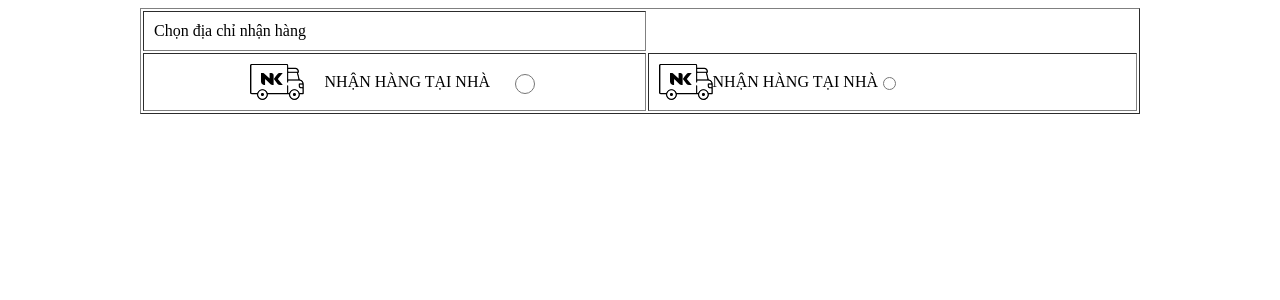
Repository: Tan-Khang21/TH_TKW--Buoi_04
Page: Bai_Tap_Tren_Lop/Bai_03/Bai_03.html
The author's editor kept a copy of each file at every save. The page is drawn from the files as they stood at one save, then again after the next save.
The browser window is 1280 px wide. The pictures show the whole page.

Above is the page before, as saved 2024-03-07 21:46:04.

### Bai_Tap_Tren_Lop/Bai_03/Bai_03.html
<!DOCTYPE html>
<html lang="en">
  <head>
    <meta charset="UTF-8" />
    <meta name="viewport" content="width=device-width, initial-scale=1.0" />
    <link rel="stylesheet" href="style.css" />
    <title>Document</title>
  </head>
  <style>
    #redRadio:checked ~ #icon path {
      fill: yellow;
    }
  </style>
  <body>
    <form style="width: 1000px; margin: 0 auto">
      <table border="1px" cellpadding="10px" style="width: 1000px;">
        <tr>
          <td>Chọn địa chỉ nhận hàng</td>
        </tr>
        <tr>
          <td align="center">
            <div style="width: 60%; display: flex; align-items: center; justify-content: space-between">
              <svg
                id="icon"
                width="54"
                height="36"
                viewBox="0 0 54 36"
                fill="none"
              >
                <path
                  d="M44.4198 36C41.4513 36 39.0225 33.5712 39.0225 30.6027C39.0225 30.4138 38.8606 30.1709 38.6717 30.1709H18.1889C18 30.1709 17.8381 30.3328 17.8381 30.5217C17.8381 33.5442 15.4093 35.973 12.4408 35.973C9.47226 35.973 7.04348 33.5442 7.04348 30.5757C7.04348 30.3868 6.88156 30.1439 6.69265 30.1439H1.75412C0.944528 30.1439 0.134933 29.5232 0 28.8486V28.6597V1.51124C0 0.674663 0.944528 0 1.75412 0H36.6477C37.4843 0 38.1589 0.674663 38.1589 1.51124V3.50825C38.1589 3.69715 38.3208 3.85907 38.5097 3.85907H45.3643C47.2804 3.85907 48.8186 5.3973 48.8186 7.31334V8.28486C48.8186 8.52774 48.6297 8.77061 48.3868 8.82459C48.2789 8.85157 48.1979 8.90555 48.1439 8.98651C48.09 9.06747 48.09 9.17541 48.09 9.25637L49.6012 15.2744C49.6282 15.4093 49.7631 15.5172 49.8981 15.5442C52.03 15.8681 53.6492 17.7571 53.6492 19.916V29.6042C53.6492 29.901 53.4063 30.1439 53.1095 30.1439H50.1409C49.952 30.1439 49.7901 30.3058 49.7901 30.4948C49.8171 33.5712 47.3883 36 44.4198 36ZM44.4198 26.2849C42.045 26.2849 40.1289 28.2279 40.1289 30.5757C40.1289 32.9235 42.072 34.8666 44.4198 34.8666C46.7946 34.8666 48.7107 32.9505 48.7107 30.5757C48.7107 28.2009 46.7946 26.2849 44.4198 26.2849ZM12.4408 26.2849C10.066 26.2849 8.14993 28.2279 8.14993 30.5757C8.14993 32.9235 10.093 34.8666 12.4408 34.8666C14.7886 34.8666 16.7316 32.9775 16.7316 30.6027C16.7316 28.2279 14.7886 26.2849 12.4408 26.2849ZM44.4198 25.2054C46.7136 25.2054 48.7646 26.6627 49.5202 28.8486C49.5742 28.9835 49.7092 29.0915 49.8711 29.0915H52.2459C52.4348 29.0915 52.5967 28.9295 52.5967 28.7406V24.7196C52.5967 24.5307 52.4348 24.3688 52.2459 24.3688H51.2204C49.8441 24.3688 48.7376 23.2624 48.7376 21.8861V19.943C48.7376 19.6462 48.9805 19.4033 49.2774 19.4033H52.084C52.1919 19.4033 52.2999 19.3493 52.3808 19.2414C52.4348 19.1604 52.4618 19.0255 52.4348 18.9175C52.003 17.5412 50.7077 16.5967 49.2774 16.5967H38.5637C38.3748 16.5967 38.2129 16.7586 38.2129 16.9475V17.973C38.2129 18.2699 37.97 18.5127 37.6732 18.5127C37.3763 18.5127 37.1334 18.2699 37.1334 17.973V1.51124C37.1334 1.32234 36.9175 1.07946 36.7017 1.07946H1.75412C1.56522 1.07946 1.34933 1.32234 1.34933 1.51124V28.6597C1.34933 28.8486 1.56522 29.0915 1.78111 29.0915H7.01649C7.17841 29.0915 7.31334 28.9835 7.36732 28.8486C8.12294 26.6627 10.1739 25.2054 12.4678 25.2054C14.7616 25.2054 16.8126 26.6627 17.5682 28.8486C17.6222 28.9835 17.7571 29.0915 17.919 29.0915H36.7826C36.9715 29.0915 37.1334 28.9295 37.1334 28.7406V21.8861C37.1334 21.5892 37.3763 21.3463 37.6732 21.3463C37.97 21.3463 38.2129 21.5892 38.2129 21.8861V28.7406C38.2129 28.9295 38.3748 29.0915 38.5637 29.0915H38.9955C39.1574 29.0915 39.2924 28.9835 39.3463 28.8486C40.075 26.6627 42.1259 25.2054 44.4198 25.2054ZM50.1679 20.4828C49.979 20.4828 49.8171 20.6447 49.8171 20.8336V21.8591C49.8171 22.6147 50.4378 23.2624 51.2204 23.2624H52.2459C52.4348 23.2624 52.5967 23.1005 52.5967 22.9115V20.8606C52.5967 20.6717 52.4348 20.5097 52.2459 20.5097H50.1679V20.4828ZM38.5367 8.85157C38.3478 8.85157 38.1859 9.01349 38.1859 9.2024V15.1394C38.1859 15.3283 38.3478 15.4903 38.5367 15.4903H48.09C48.1979 15.4903 48.3059 15.4363 48.3868 15.3553C48.4678 15.2744 48.4678 15.1394 48.4408 15.0315L46.9565 9.09445C46.9026 8.93253 46.7676 8.82459 46.6057 8.82459H38.5367V8.85157ZM38.5367 4.96552C38.3478 4.96552 38.1859 5.12744 38.1859 5.31634V7.36732C38.1859 7.55622 38.3478 7.71814 38.5367 7.71814H47.3883C47.5772 7.71814 47.7391 7.55622 47.7391 7.36732C47.7391 6.01799 46.6867 4.93853 45.3643 4.93853H38.5367V4.96552Z"
                  fill="black"
                />
                <path
                  d="M44.4198 35.7301C41.5862 35.7301 39.2923 33.4363 39.2923 30.6027C39.2923 30.2789 39.0225 29.9011 38.6716 29.9011H18.1889C17.8381 29.9011 17.5682 30.1979 17.5682 30.5217C17.5682 31.925 17.0285 33.2204 16.0569 34.1919C15.0854 35.1634 13.8171 35.7032 12.4408 35.7032C9.60717 35.7032 7.31331 33.4093 7.31331 30.5757C7.31331 30.2519 7.04345 29.8741 6.69262 29.8741H1.75409C1.07943 29.8741 0.377782 29.3613 0.269836 28.7946V28.6327V1.51125C0.269836 0.836584 1.07943 0.269867 1.75409 0.269867H36.6476C37.3223 0.269867 37.889 0.836584 37.889 1.51125V3.50825C37.889 3.85907 38.1859 4.12894 38.5097 4.12894H45.3643C47.1184 4.12894 48.5487 5.55922 48.5487 7.31335V8.28486C48.5487 8.41979 48.4677 8.52774 48.3328 8.55472C48.1709 8.58171 48.009 8.68966 47.928 8.82459C47.847 8.95952 47.8201 9.14843 47.847 9.31035L49.3583 15.3283C49.4123 15.5712 49.6282 15.7601 49.871 15.8141C51.895 16.1109 53.4063 17.8921 53.4063 19.916V29.6042C53.4063 29.7661 53.2713 29.8741 53.1364 29.8741H50.1679C49.8171 29.8741 49.5472 30.1709 49.5472 30.4948C49.5472 31.8981 49.0075 33.1934 48.036 34.1649C47.0644 35.1904 45.7961 35.7301 44.4198 35.7301ZM44.4198 26.015C41.91 26.015 39.859 28.066 39.859 30.5757C39.859 33.0855 41.91 35.1364 44.4198 35.1364C46.9295 35.1364 48.9805 33.0855 48.9805 30.5757C48.9805 28.066 46.9295 26.015 44.4198 26.015ZM12.4408 26.015C9.93101 26.015 7.88003 28.066 7.88003 30.5757C7.88003 33.0855 9.93101 35.1364 12.4408 35.1364C14.9505 35.1364 17.0015 33.1124 17.0015 30.6027C17.0015 28.066 14.9505 26.015 12.4408 26.015ZM44.4198 25.4753C46.6057 25.4753 48.5487 26.8516 49.2503 28.9295C49.3313 29.1724 49.5742 29.3613 49.844 29.3613H52.2189C52.5697 29.3613 52.8396 29.0645 52.8396 28.7406V24.7196C52.8396 24.3688 52.5427 24.099 52.2189 24.099H51.1934C49.979 24.099 48.9805 23.1005 48.9805 21.8861V19.943C48.9805 19.7811 49.1154 19.6732 49.2503 19.6732H52.0839C52.2728 19.6732 52.4887 19.5652 52.5967 19.4033C52.7046 19.2414 52.7586 19.0255 52.6776 18.8366C52.1919 17.3523 50.8156 16.3268 49.2503 16.3268H38.5367C38.1859 16.3268 37.916 16.6237 37.916 16.9475V17.973C37.916 18.1349 37.7811 18.2429 37.6461 18.2429C37.4842 18.2429 37.3763 18.1079 37.3763 17.973V1.51125C37.3763 1.16042 37.0255 0.809597 36.6746 0.809597H1.75409C1.40327 0.809597 1.07943 1.16042 1.07943 1.51125V28.6597C1.07943 29.0105 1.43026 29.3613 1.78108 29.3613H7.01646C7.28633 29.3613 7.52921 29.1994 7.61017 28.9295C8.3388 26.8516 10.2818 25.4753 12.4408 25.4753C14.6267 25.4753 16.5697 26.8516 17.2713 28.9295C17.3523 29.1724 17.5952 29.3613 17.865 29.3613H36.7286C37.0794 29.3613 37.3493 29.0645 37.3493 28.7406V21.8861C37.3493 21.7241 37.4842 21.6162 37.6192 21.6162C37.7541 21.6162 37.889 21.7511 37.889 21.8861V28.7406C37.889 29.0915 38.1859 29.3613 38.5097 29.3613H38.9415C39.2114 29.3613 39.4542 29.1994 39.5352 28.9295C40.2908 26.8516 42.2339 25.4753 44.4198 25.4753ZM50.1679 20.2129C49.8171 20.2129 49.5472 20.5097 49.5472 20.8336V21.8591C49.5472 22.7766 50.3028 23.5322 51.2204 23.5322H52.2458C52.5967 23.5322 52.8665 23.2354 52.8665 22.9115V20.8606C52.8665 20.5097 52.5697 20.2399 52.2458 20.2399H50.1679V20.2129ZM38.5367 8.58171C38.1859 8.58171 37.916 8.87856 37.916 9.2024V15.1394C37.916 15.4903 38.2129 15.7601 38.5367 15.7601H48.0899C48.2788 15.7601 48.4677 15.6792 48.6027 15.5172C48.7106 15.3553 48.7646 15.1664 48.7106 14.9775L47.2264 9.04048C47.1454 8.77062 46.9025 8.55472 46.6057 8.55472H38.5367V8.58171ZM38.5367 4.69565C38.1859 4.69565 37.916 4.99251 37.916 5.31634V7.36732C37.916 7.71814 38.2129 7.98801 38.5367 7.98801H47.3883C47.7391 7.98801 48.009 7.69116 48.009 7.36732C48.009 5.85607 46.8485 4.66867 45.3643 4.66867H38.5367V4.69565Z"
                  fill="black"
                />
                <path
                  d="M12.4408 32.114C11.6042 32.114 10.9296 31.4393 10.9296 30.6027C10.9296 29.7661 11.6042 29.0915 12.4408 29.0915C13.2774 29.0915 13.9521 29.7661 13.9521 30.6027C13.9521 31.4393 13.2774 32.114 12.4408 32.114Z"
                  fill="black"
                />
                <path
                  d="M12.4408 31.8441C11.7661 31.8441 11.1994 31.2774 11.1994 30.6027C11.1994 29.928 11.7661 29.3613 12.4408 29.3613C13.1154 29.3613 13.6822 29.928 13.6822 30.6027C13.6822 31.2774 13.1154 31.8441 12.4408 31.8441Z"
                  fill="black"
                />
                <path
                  d="M44.4198 32.114C43.5832 32.114 42.9086 31.4393 42.9086 30.6027C42.9086 29.7661 43.5832 29.0915 44.4198 29.0915C45.2564 29.0915 45.9311 29.7661 45.9311 30.6027C45.9311 31.4393 45.2564 32.114 44.4198 32.114Z"
                  fill="black"
                />
                <path
                  d="M44.4198 31.8441C43.7451 31.8441 43.1784 31.2774 43.1784 30.6027C43.1784 29.928 43.7451 29.3613 44.4198 29.3613C45.0944 29.3613 45.6612 29.928 45.6612 30.6027C45.6612 31.2774 45.0944 31.8441 44.4198 31.8441Z"
                  fill="black"
                />
                <path
                  d="M15.0767 14.8238V20.9712C14.8826 21.0359 14.6884 20.9712 14.559 20.9712C14.1061 20.9712 13.7178 20.9065 13.2648 20.7771C12.0354 20.3889 11.3235 19.5476 11.1294 18.3182C11.0647 17.9299 11 17.5416 11 17.2181C11 14.565 11 11.9119 11 9.32355V9C11.0647 9 11.0647 9 11.1294 9C11.7118 9 12.2942 9 12.8766 9.06471C13.2001 9.06471 13.5237 9.12942 13.7825 9.25884C14.0413 9.32355 14.2355 9.51768 14.4296 9.64709C16.0473 11.2001 17.7298 12.8179 19.3475 14.3709C19.4122 14.4356 19.4769 14.5003 19.5416 14.565C19.6063 14.5003 19.6064 14.4356 19.6064 14.3709C19.6064 13.7885 19.6064 13.2061 19.6064 12.6237V9.25884V9C20.1887 9 20.7711 9 21.2888 9C21.5476 9 21.8712 9.06471 22.13 9.12942C22.9712 9.32355 23.4242 9.84122 23.5536 10.6824C23.6183 10.9413 23.6183 11.2001 23.6183 11.459C23.6183 12.6237 23.6183 13.7885 23.6183 14.9533C23.6183 16.8945 23.6183 18.9005 23.6183 20.8418C23.6183 20.9065 23.6183 20.9065 23.6183 20.9712H23.5536C22.8418 20.9712 22.1947 20.9065 21.5476 20.7124C21.1594 20.583 20.8358 20.3889 20.577 20.13C19.2181 18.8358 17.8592 17.5416 16.5003 16.2475C16.0473 15.7945 15.5944 15.4062 15.1414 14.9533C15.2061 14.9533 15.1414 14.8886 15.0767 14.8238Z"
                  fill="black"
                />
                <path
                  d="M32.807 20.9712C32.7423 20.9712 32.6776 20.9712 32.6776 20.9712C31.6423 20.9712 30.6069 20.9712 29.5716 20.9712C29.3127 20.9712 29.0539 20.9065 28.8598 20.8418C28.3421 20.7124 27.9538 20.3889 27.6303 20.0006C26.4008 18.3182 25.1713 16.7004 23.8771 15.018L23.8124 14.9533C24.0713 14.6297 24.2654 14.2415 24.5242 13.9179C25.4302 12.6237 26.4008 11.3942 27.4362 10.1648C27.5009 10.0354 27.695 9.84122 27.8244 9.64709C28.2127 9.25884 28.6656 9.06471 29.1833 9C29.4422 9 29.7657 9 30.0245 9C30.8658 9 31.707 9 32.4835 9H32.7423C31.0599 10.9413 29.3774 12.8826 27.8244 15.018C29.5069 17.024 31.1246 18.9652 32.807 20.9712Z"
                  fill="black"
                />
              </svg>
              <label for="redRadio">NHẬN HÀNG TẠI NHÀ</label>
              <input type="radio" id="redRadio" name="color" value="red" style="width: 20px; height: 20px; background-color: white;" />
            </div>
          </td>
          <td>
            <div style="display: flex; align-items: center;">
              <svg
                id="icon"
                width="54"
                height="36"
                viewBox="0 0 54 36"
                fill="none"
              >
                <path
                  d="M44.4198 36C41.4513 36 39.0225 33.5712 39.0225 30.6027C39.0225 30.4138 38.8606 30.1709 38.6717 30.1709H18.1889C18 30.1709 17.8381 30.3328 17.8381 30.5217C17.8381 33.5442 15.4093 35.973 12.4408 35.973C9.47226 35.973 7.04348 33.5442 7.04348 30.5757C7.04348 30.3868 6.88156 30.1439 6.69265 30.1439H1.75412C0.944528 30.1439 0.134933 29.5232 0 28.8486V28.6597V1.51124C0 0.674663 0.944528 0 1.75412 0H36.6477C37.4843 0 38.1589 0.674663 38.1589 1.51124V3.50825C38.1589 3.69715 38.3208 3.85907 38.5097 3.85907H45.3643C47.2804 3.85907 48.8186 5.3973 48.8186 7.31334V8.28486C48.8186 8.52774 48.6297 8.77061 48.3868 8.82459C48.2789 8.85157 48.1979 8.90555 48.1439 8.98651C48.09 9.06747 48.09 9.17541 48.09 9.25637L49.6012 15.2744C49.6282 15.4093 49.7631 15.5172 49.8981 15.5442C52.03 15.8681 53.6492 17.7571 53.6492 19.916V29.6042C53.6492 29.901 53.4063 30.1439 53.1095 30.1439H50.1409C49.952 30.1439 49.7901 30.3058 49.7901 30.4948C49.8171 33.5712 47.3883 36 44.4198 36ZM44.4198 26.2849C42.045 26.2849 40.1289 28.2279 40.1289 30.5757C40.1289 32.9235 42.072 34.8666 44.4198 34.8666C46.7946 34.8666 48.7107 32.9505 48.7107 30.5757C48.7107 28.2009 46.7946 26.2849 44.4198 26.2849ZM12.4408 26.2849C10.066 26.2849 8.14993 28.2279 8.14993 30.5757C8.14993 32.9235 10.093 34.8666 12.4408 34.8666C14.7886 34.8666 16.7316 32.9775 16.7316 30.6027C16.7316 28.2279 14.7886 26.2849 12.4408 26.2849ZM44.4198 25.2054C46.7136 25.2054 48.7646 26.6627 49.5202 28.8486C49.5742 28.9835 49.7092 29.0915 49.8711 29.0915H52.2459C52.4348 29.0915 52.5967 28.9295 52.5967 28.7406V24.7196C52.5967 24.5307 52.4348 24.3688 52.2459 24.3688H51.2204C49.8441 24.3688 48.7376 23.2624 48.7376 21.8861V19.943C48.7376 19.6462 48.9805 19.4033 49.2774 19.4033H52.084C52.1919 19.4033 52.2999 19.3493 52.3808 19.2414C52.4348 19.1604 52.4618 19.0255 52.4348 18.9175C52.003 17.5412 50.7077 16.5967 49.2774 16.5967H38.5637C38.3748 16.5967 38.2129 16.7586 38.2129 16.9475V17.973C38.2129 18.2699 37.97 18.5127 37.6732 18.5127C37.3763 18.5127 37.1334 18.2699 37.1334 17.973V1.51124C37.1334 1.32234 36.9175 1.07946 36.7017 1.07946H1.75412C1.56522 1.07946 1.34933 1.32234 1.34933 1.51124V28.6597C1.34933 28.8486 1.56522 29.0915 1.78111 29.0915H7.01649C7.17841 29.0915 7.31334 28.9835 7.36732 28.8486C8.12294 26.6627 10.1739 25.2054 12.4678 25.2054C14.7616 25.2054 16.8126 26.6627 17.5682 28.8486C17.6222 28.9835 17.7571 29.0915 17.919 29.0915H36.7826C36.9715 29.0915 37.1334 28.9295 37.1334 28.7406V21.8861C37.1334 21.5892 37.3763 21.3463 37.6732 21.3463C37.97 21.3463 38.2129 21.5892 38.2129 21.8861V28.7406C38.2129 28.9295 38.3748 29.0915 38.5637 29.0915H38.9955C39.1574 29.0915 39.2924 28.9835 39.3463 28.8486C40.075 26.6627 42.1259 25.2054 44.4198 25.2054ZM50.1679 20.4828C49.979 20.4828 49.8171 20.6447 49.8171 20.8336V21.8591C49.8171 22.6147 50.4378 23.2624 51.2204 23.2624H52.2459C52.4348 23.2624 52.5967 23.1005 52.5967 22.9115V20.8606C52.5967 20.6717 52.4348 20.5097 52.2459 20.5097H50.1679V20.4828ZM38.5367 8.85157C38.3478 8.85157 38.1859 9.01349 38.1859 9.2024V15.1394C38.1859 15.3283 38.3478 15.4903 38.5367 15.4903H48.09C48.1979 15.4903 48.3059 15.4363 48.3868 15.3553C48.4678 15.2744 48.4678 15.1394 48.4408 15.0315L46.9565 9.09445C46.9026 8.93253 46.7676 8.82459 46.6057 8.82459H38.5367V8.85157ZM38.5367 4.96552C38.3478 4.96552 38.1859 5.12744 38.1859 5.31634V7.36732C38.1859 7.55622 38.3478 7.71814 38.5367 7.71814H47.3883C47.5772 7.71814 47.7391 7.55622 47.7391 7.36732C47.7391 6.01799 46.6867 4.93853 45.3643 4.93853H38.5367V4.96552Z"
                  fill="black"
                />
                <path
                  d="M44.4198 35.7301C41.5862 35.7301 39.2923 33.4363 39.2923 30.6027C39.2923 30.2789 39.0225 29.9011 38.6716 29.9011H18.1889C17.8381 29.9011 17.5682 30.1979 17.5682 30.5217C17.5682 31.925 17.0285 33.2204 16.0569 34.1919C15.0854 35.1634 13.8171 35.7032 12.4408 35.7032C9.60717 35.7032 7.31331 33.4093 7.31331 30.5757C7.31331 30.2519 7.04345 29.8741 6.69262 29.8741H1.75409C1.07943 29.8741 0.377782 29.3613 0.269836 28.7946V28.6327V1.51125C0.269836 0.836584 1.07943 0.269867 1.75409 0.269867H36.6476C37.3223 0.269867 37.889 0.836584 37.889 1.51125V3.50825C37.889 3.85907 38.1859 4.12894 38.5097 4.12894H45.3643C47.1184 4.12894 48.5487 5.55922 48.5487 7.31335V8.28486C48.5487 8.41979 48.4677 8.52774 48.3328 8.55472C48.1709 8.58171 48.009 8.68966 47.928 8.82459C47.847 8.95952 47.8201 9.14843 47.847 9.31035L49.3583 15.3283C49.4123 15.5712 49.6282 15.7601 49.871 15.8141C51.895 16.1109 53.4063 17.8921 53.4063 19.916V29.6042C53.4063 29.7661 53.2713 29.8741 53.1364 29.8741H50.1679C49.8171 29.8741 49.5472 30.1709 49.5472 30.4948C49.5472 31.8981 49.0075 33.1934 48.036 34.1649C47.0644 35.1904 45.7961 35.7301 44.4198 35.7301ZM44.4198 26.015C41.91 26.015 39.859 28.066 39.859 30.5757C39.859 33.0855 41.91 35.1364 44.4198 35.1364C46.9295 35.1364 48.9805 33.0855 48.9805 30.5757C48.9805 28.066 46.9295 26.015 44.4198 26.015ZM12.4408 26.015C9.93101 26.015 7.88003 28.066 7.88003 30.5757C7.88003 33.0855 9.93101 35.1364 12.4408 35.1364C14.9505 35.1364 17.0015 33.1124 17.0015 30.6027C17.0015 28.066 14.9505 26.015 12.4408 26.015ZM44.4198 25.4753C46.6057 25.4753 48.5487 26.8516 49.2503 28.9295C49.3313 29.1724 49.5742 29.3613 49.844 29.3613H52.2189C52.5697 29.3613 52.8396 29.0645 52.8396 28.7406V24.7196C52.8396 24.3688 52.5427 24.099 52.2189 24.099H51.1934C49.979 24.099 48.9805 23.1005 48.9805 21.8861V19.943C48.9805 19.7811 49.1154 19.6732 49.2503 19.6732H52.0839C52.2728 19.6732 52.4887 19.5652 52.5967 19.4033C52.7046 19.2414 52.7586 19.0255 52.6776 18.8366C52.1919 17.3523 50.8156 16.3268 49.2503 16.3268H38.5367C38.1859 16.3268 37.916 16.6237 37.916 16.9475V17.973C37.916 18.1349 37.7811 18.2429 37.6461 18.2429C37.4842 18.2429 37.3763 18.1079 37.3763 17.973V1.51125C37.3763 1.16042 37.0255 0.809597 36.6746 0.809597H1.75409C1.40327 0.809597 1.07943 1.16042 1.07943 1.51125V28.6597C1.07943 29.0105 1.43026 29.3613 1.78108 29.3613H7.01646C7.28633 29.3613 7.52921 29.1994 7.61017 28.9295C8.3388 26.8516 10.2818 25.4753 12.4408 25.4753C14.6267 25.4753 16.5697 26.8516 17.2713 28.9295C17.3523 29.1724 17.5952 29.3613 17.865 29.3613H36.7286C37.0794 29.3613 37.3493 29.0645 37.3493 28.7406V21.8861C37.3493 21.7241 37.4842 21.6162 37.6192 21.6162C37.7541 21.6162 37.889 21.7511 37.889 21.8861V28.7406C37.889 29.0915 38.1859 29.3613 38.5097 29.3613H38.9415C39.2114 29.3613 39.4542 29.1994 39.5352 28.9295C40.2908 26.8516 42.2339 25.4753 44.4198 25.4753ZM50.1679 20.2129C49.8171 20.2129 49.5472 20.5097 49.5472 20.8336V21.8591C49.5472 22.7766 50.3028 23.5322 51.2204 23.5322H52.2458C52.5967 23.5322 52.8665 23.2354 52.8665 22.9115V20.8606C52.8665 20.5097 52.5697 20.2399 52.2458 20.2399H50.1679V20.2129ZM38.5367 8.58171C38.1859 8.58171 37.916 8.87856 37.916 9.2024V15.1394C37.916 15.4903 38.2129 15.7601 38.5367 15.7601H48.0899C48.2788 15.7601 48.4677 15.6792 48.6027 15.5172C48.7106 15.3553 48.7646 15.1664 48.7106 14.9775L47.2264 9.04048C47.1454 8.77062 46.9025 8.55472 46.6057 8.55472H38.5367V8.58171ZM38.5367 4.69565C38.1859 4.69565 37.916 4.99251 37.916 5.31634V7.36732C37.916 7.71814 38.2129 7.98801 38.5367 7.98801H47.3883C47.7391 7.98801 48.009 7.69116 48.009 7.36732C48.009 5.85607 46.8485 4.66867 45.3643 4.66867H38.5367V4.69565Z"
                  fill="black"
                />
                <path
                  d="M12.4408 32.114C11.6042 32.114 10.9296 31.4393 10.9296 30.6027C10.9296 29.7661 11.6042 29.0915 12.4408 29.0915C13.2774 29.0915 13.9521 29.7661 13.9521 30.6027C13.9521 31.4393 13.2774 32.114 12.4408 32.114Z"
                  fill="black"
                />
                <path
                  d="M12.4408 31.8441C11.7661 31.8441 11.1994 31.2774 11.1994 30.6027C11.1994 29.928 11.7661 29.3613 12.4408 29.3613C13.1154 29.3613 13.6822 29.928 13.6822 30.6027C13.6822 31.2774 13.1154 31.8441 12.4408 31.8441Z"
                  fill="black"
                />
                <path
                  d="M44.4198 32.114C43.5832 32.114 42.9086 31.4393 42.9086 30.6027C42.9086 29.7661 43.5832 29.0915 44.4198 29.0915C45.2564 29.0915 45.9311 29.7661 45.9311 30.6027C45.9311 31.4393 45.2564 32.114 44.4198 32.114Z"
                  fill="black"
                />
                <path
                  d="M44.4198 31.8441C43.7451 31.8441 43.1784 31.2774 43.1784 30.6027C43.1784 29.928 43.7451 29.3613 44.4198 29.3613C45.0944 29.3613 45.6612 29.928 45.6612 30.6027C45.6612 31.2774 45.0944 31.8441 44.4198 31.8441Z"
                  fill="black"
                />
                <path
                  d="M15.0767 14.8238V20.9712C14.8826 21.0359 14.6884 20.9712 14.559 20.9712C14.1061 20.9712 13.7178 20.9065 13.2648 20.7771C12.0354 20.3889 11.3235 19.5476 11.1294 18.3182C11.0647 17.9299 11 17.5416 11 17.2181C11 14.565 11 11.9119 11 9.32355V9C11.0647 9 11.0647 9 11.1294 9C11.7118 9 12.2942 9 12.8766 9.06471C13.2001 9.06471 13.5237 9.12942 13.7825 9.25884C14.0413 9.32355 14.2355 9.51768 14.4296 9.64709C16.0473 11.2001 17.7298 12.8179 19.3475 14.3709C19.4122 14.4356 19.4769 14.5003 19.5416 14.565C19.6063 14.5003 19.6064 14.4356 19.6064 14.3709C19.6064 13.7885 19.6064 13.2061 19.6064 12.6237V9.25884V9C20.1887 9 20.7711 9 21.2888 9C21.5476 9 21.8712 9.06471 22.13 9.12942C22.9712 9.32355 23.4242 9.84122 23.5536 10.6824C23.6183 10.9413 23.6183 11.2001 23.6183 11.459C23.6183 12.6237 23.6183 13.7885 23.6183 14.9533C23.6183 16.8945 23.6183 18.9005 23.6183 20.8418C23.6183 20.9065 23.6183 20.9065 23.6183 20.9712H23.5536C22.8418 20.9712 22.1947 20.9065 21.5476 20.7124C21.1594 20.583 20.8358 20.3889 20.577 20.13C19.2181 18.8358 17.8592 17.5416 16.5003 16.2475C16.0473 15.7945 15.5944 15.4062 15.1414 14.9533C15.2061 14.9533 15.1414 14.8886 15.0767 14.8238Z"
                  fill="black"
                />
                <path
                  d="M32.807 20.9712C32.7423 20.9712 32.6776 20.9712 32.6776 20.9712C31.6423 20.9712 30.6069 20.9712 29.5716 20.9712C29.3127 20.9712 29.0539 20.9065 28.8598 20.8418C28.3421 20.7124 27.9538 20.3889 27.6303 20.0006C26.4008 18.3182 25.1713 16.7004 23.8771 15.018L23.8124 14.9533C24.0713 14.6297 24.2654 14.2415 24.5242 13.9179C25.4302 12.6237 26.4008 11.3942 27.4362 10.1648C27.5009 10.0354 27.695 9.84122 27.8244 9.64709C28.2127 9.25884 28.6656 9.06471 29.1833 9C29.4422 9 29.7657 9 30.0245 9C30.8658 9 31.707 9 32.4835 9H32.7423C31.0599 10.9413 29.3774 12.8826 27.8244 15.018C29.5069 17.024 31.1246 18.9652 32.807 20.9712Z"
                  fill="black"
                />
              </svg>
              <label for="redRadio">NHẬN HÀNG TẠI NHÀ</label>
              <input type="radio" id="redRadio" name="color" value="red" />
            </div>
          </td>
        </tr>
      </table>
    </form>
  </body>
</html>

### Bai_Tap_Tren_Lop/Bai_03/style.css
#label {
    color: black; /* Màu chữ mặc định */
}

#myCheckbox:checked + #label {
    color: red; /* Màu chữ thay đổi khi checkbox được check */
}

After the next save:
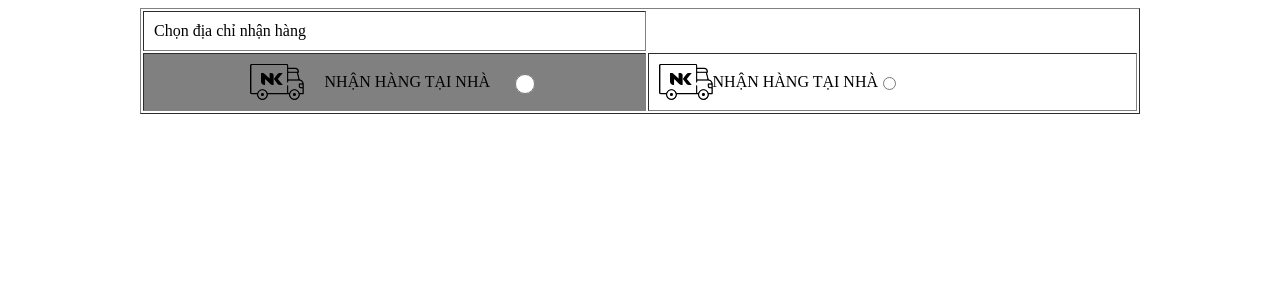
Saved 33 s later.
--- a/Bai_Tap_Tren_Lop/Bai_03/Bai_03.html
+++ b/Bai_Tap_Tren_Lop/Bai_03/Bai_03.html
@@ -18,7 +18,7 @@
           <td>Chọn địa chỉ nhận hàng</td>
         </tr>
         <tr>
-          <td align="center">
+          <td align="center" bgcolor="gray">
             <div style="width: 60%; display: flex; align-items: center; justify-content: space-between">
               <svg
                 id="icon"

After the save that followed:
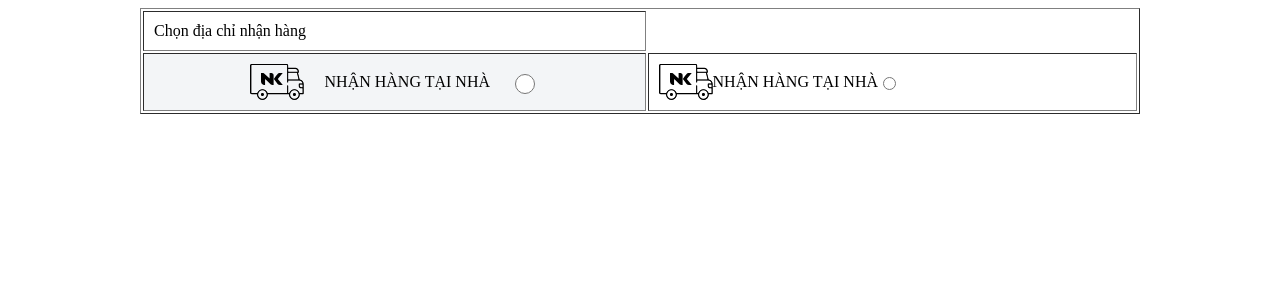
Saved 10 min 55 s later.
--- a/Bai_Tap_Tren_Lop/Bai_03/Bai_03.html
+++ b/Bai_Tap_Tren_Lop/Bai_03/Bai_03.html
@@ -18,7 +18,7 @@
           <td>Chọn địa chỉ nhận hàng</td>
         </tr>
         <tr>
-          <td align="center" bgcolor="gray">
+          <td align="center" bgcolor="#f3f5f7">
             <div style="width: 60%; display: flex; align-items: center; justify-content: space-between">
               <svg
                 id="icon"
